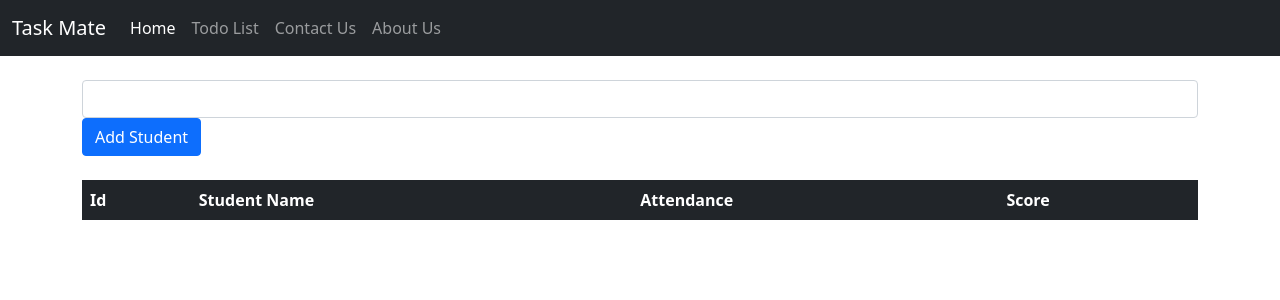
Repository: itathagata/Registration_System
Page: http://localhost/todolist/?pg=1
An editor plug-in stored every save of this project. The page is shown before and after the next save, followed by the edit.
The browser window is 1280 px wide. The pictures show the whole page.
The page is served by the project's application, run on Django 2.2 (manage.py). Other server files are loaded and not shown. Queries for data that is not in the repository find no rows.

Above is the page before, as saved 2021-06-03 17:33:57.

### todolist_app/views.py
from django.http.response import HttpResponse
from django.shortcuts import redirect, render
from django.http import HttpResponse
from todolist_app.models import TaskList
from .forms import TaskForm
from django.contrib import messages
# Create your views here.
context = {'welcome':"Welcome to Todo List Page.",
    'contact_text':"Welcome to Todo List Contact Page.",
    'about_text':"Welcome to Todo List About Page."}
def todolist(request):
    if request.method == "POST":
        form = TaskForm(request.POST)
        if form.is_valid():
            tlist = form.save(commit = False)
            tlist.user = request.user
            tlist.save()
        messages.success(request,"New Student Added!")
        return redirect('todolist')
    else:
        all_tasks = TaskList.objects.all
        return render(request, 'todolist.html',{'all_tasks':all_tasks})

def contact(request):
    return render(request, 'contact.html',context)


def about(request):
    return render(request, 'about.html',context)

### todolist_app/templates/todolist.html
{% extends 'base.html' %}
{% block title %}
<title>TodoList Manager</title>
{% endblock title %}

{% block content %}
<div class="container">
</br>
  {%if messages %}
    {% for message in messages%}
      <div class="alert alert-warning alert-dismissible fade show" role="alert">
        {{ message }}
          <button type="button" class="btn-close" data-bs-dismiss="alert" aria-label="Close">
          </button>
      </div>
    {% endfor %}
  {% endif %}
  <form method = "POST">
    {% csrf_token %}
    <div class = "form-group">
      <input type="text" class = "form-control " name = "task">
    </div>

  <button type="submit" class="btn btn-primary">Add Student</button>
</form>
</br>
    <table class="table table-dark table-hover">
  <thead>
    <tr>
      <th scope="col">Id</th>
      <th scope="col">Student Name</th>
      <th scope="col">Attendance</th>
      <th scope="col">Score</th>
    </tr>
  </thead>
    <tbody>
    {% if all_tasks %}
      {%for obj in all_tasks%}
      {% if obj.Attendance%}
          <tr class="table-success">
          <td>{{ obj.Student_Name }}</td>
          <td>Safe</td>
          <td>{{ obj.Score }}</td>
          </tr>
      {% else %}
          <tr class="table-danger">
          <td>{{ obj.Student_Name }}</td>
          <td>Unsafe</td>
          <td>{{ obj.Score }}</td>
          </tr>
      {% endif %}
       {% endfor %}
    {% endif %}
     </tbody>
</table>
    </div>
{% endblock content %}

### templates/base.html
<!doctype html>
<html lang="en">
  <head>
    <!-- Required meta tags -->
    <meta charset="utf-8">
    <meta name="viewport" content="width=device-width, initial-scale=1">

    <!-- Bootstrap CSS -->
    <link href="https://cdn.jsdelivr.net/npm/bootstrap@5.0.1/dist/css/bootstrap.min.css" rel="stylesheet" integrity="sha384-+0n0xVW2eSR5OomGNYDnhzAbDsOXxcvSN1TPprVMTNDbiYZCxYbOOl7+AMvyTG2x" crossorigin="anonymous">

    {% block title %}{% endblock title %}
    <nav class="navbar navbar-expand-lg navbar-dark bg-dark">
  <div class="container-fluid">
    <a class="navbar-brand" href="#">Task Mate</a>
    <button class="navbar-toggler" type="button" data-bs-toggle="collapse" data-bs-target="#navbarNavAltMarkup" aria-controls="navbarNavAltMarkup" aria-expanded="false" aria-label="Toggle navigation">
      <span class="navbar-toggler-icon"></span>
    </button>
    <div class="collapse navbar-collapse" id="navbarNavAltMarkup">
      <div class="navbar-nav">
        <a class="nav-link active" aria-current="page" href="{% url 'todolist'%}">Home</a>
        <a class="nav-link" href="{% url 'todolist'%}">Todo List</a>
        <a class="nav-link" href="{% url 'contact'%}">Contact Us</a>
        <a class="nav-link" href="{% url 'about'%}">About Us</a>
      </div>
    </div>
  </div>
</nav>
  </head>
  <body>
  {% block content %}{% endblock content %}

    <!-- Optional JavaScript; choose one of the two! -->

    <!-- Option 1: Bootstrap Bundle with Popper -->
    <script src="https://cdn.jsdelivr.net/npm/bootstrap@5.0.1/dist/js/bootstrap.bundle.min.js" integrity="sha384-gtEjrD/SeCtmISkJkNUaaKMoLD0//ElJ19smozuHV6z3Iehds+3Ulb9Bn9Plx0x4" crossorigin="anonymous"></script>

    <!-- Option 2: Separate Popper and Bootstrap JS -->
    <!--
    <script src="https://cdn.jsdelivr.net/npm/@popperjs/core@2.9.2/dist/umd/popper.min.js" integrity="sha384-IQsoLXl5PILFhosVNubq5LC7Qb9DXgDA9i+tQ8Zj3iwWAwPtgFTxbJ8NT4GN1R8p" crossorigin="anonymous"></script>
    <script src="https://cdn.jsdelivr.net/npm/bootstrap@5.0.1/dist/js/bootstrap.min.js" integrity="sha384-Atwg2Pkwv9vp0ygtn1JAojH0nYbwNJLPhwyoVbhoPwBhjQPR5VtM2+xf0Uwh9KtT" crossorigin="anonymous"></script>
    -->
  </body>
</html>

### taskmate/urls.py

from django.contrib import admin
from django.urls import path, include

urlpatterns = [
    path('admin/', admin.site.urls),
    path('todolist', include('todolist_app.urls'))
]

### todolist_app/urls.py
from todolist_app import views
from django.urls import path
urlpatterns = [
    path('/', views.todolist, name='todolist'),
    path('contact', views.contact, name='contact'),
    path('about-us', views.about, name='about'),

]

After the next save:
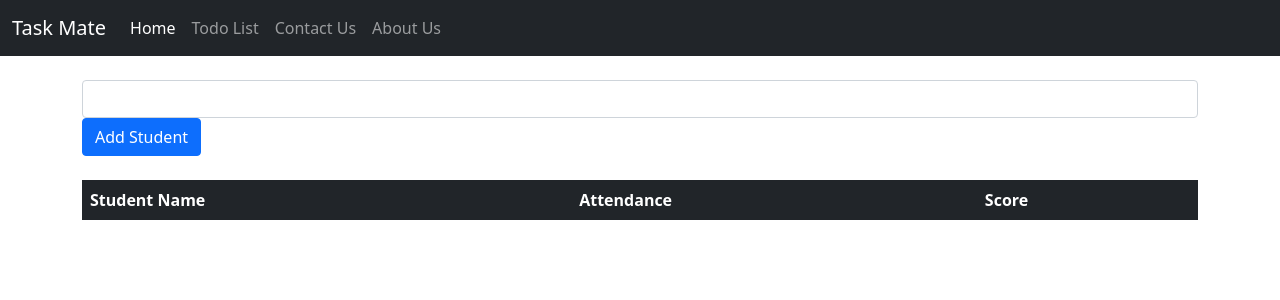
Saved 26 s later.
--- a/todolist_app/templates/todolist.html
+++ b/todolist_app/templates/todolist.html
@@ -27,7 +27,6 @@
     <table class="table table-dark table-hover">
   <thead>
     <tr>
-      <th scope="col">Id</th>
       <th scope="col">Student Name</th>
       <th scope="col">Attendance</th>
       <th scope="col">Score</th>
